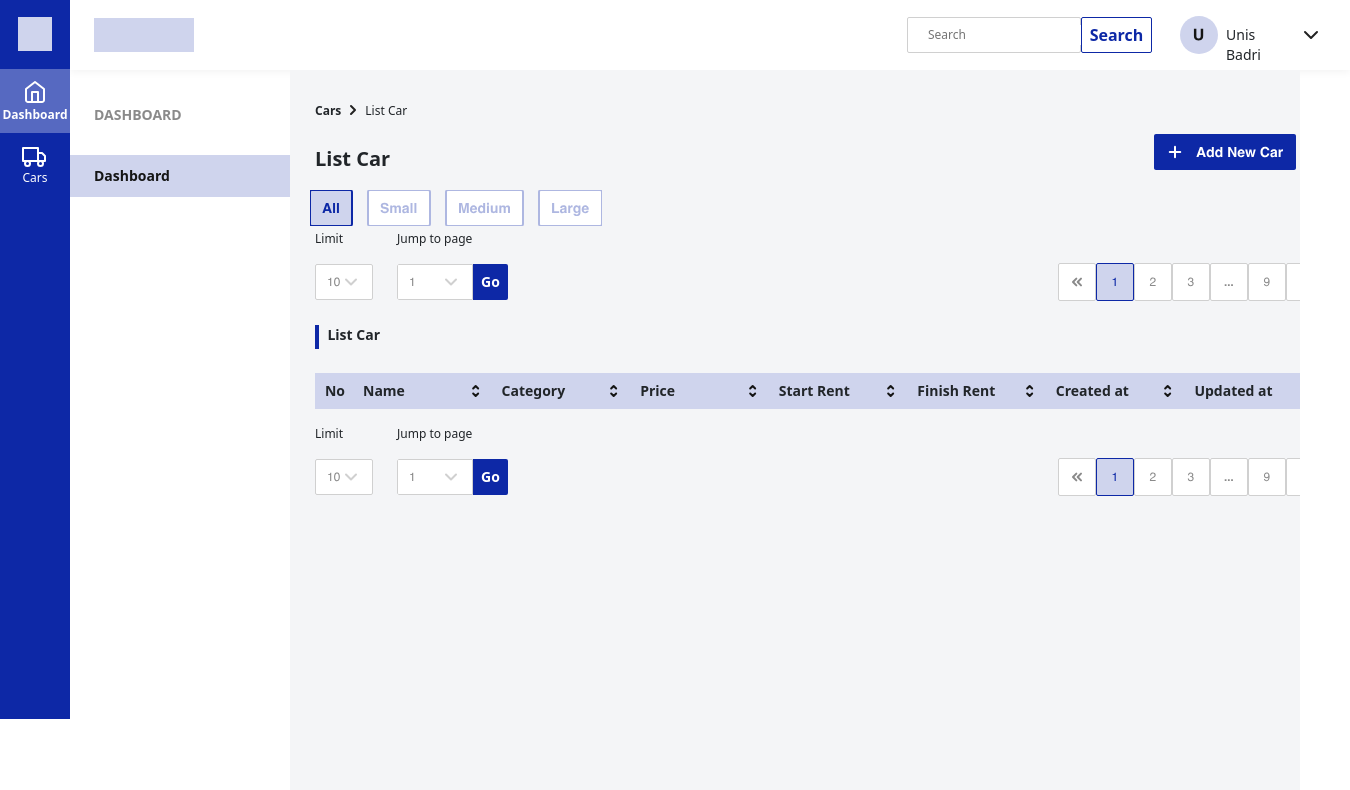
Repository: farrelmuhammad/challenge-7-binar
Page: /carlist/add
These files come from the project's save history. The page is drawn as it stood at one moment and after the next save; the edit follows.
The browser window is 1280 px wide. The page is 1350 px wide, so the pictures cover 1350 px, including what lies to the right of the window. The pictures show the whole page.
The project was rebuilt for these pictures with package versions that can differ from the ones it lists, and the page was loaded fresh each time. Also part of the build but not shown: src/component/navbar.js, src/component/header.js, src/component/footer.js, src/App.js, src/component/admin/Dashboard/index.jsx, src/pages/admin/Dashboard.js, src/component/admin/Cars/index.jsx, src/pages/admin/CarsList.js and 2 more.

Above is the page before, as saved 2022-05-27 20:55:27.

After the next save:
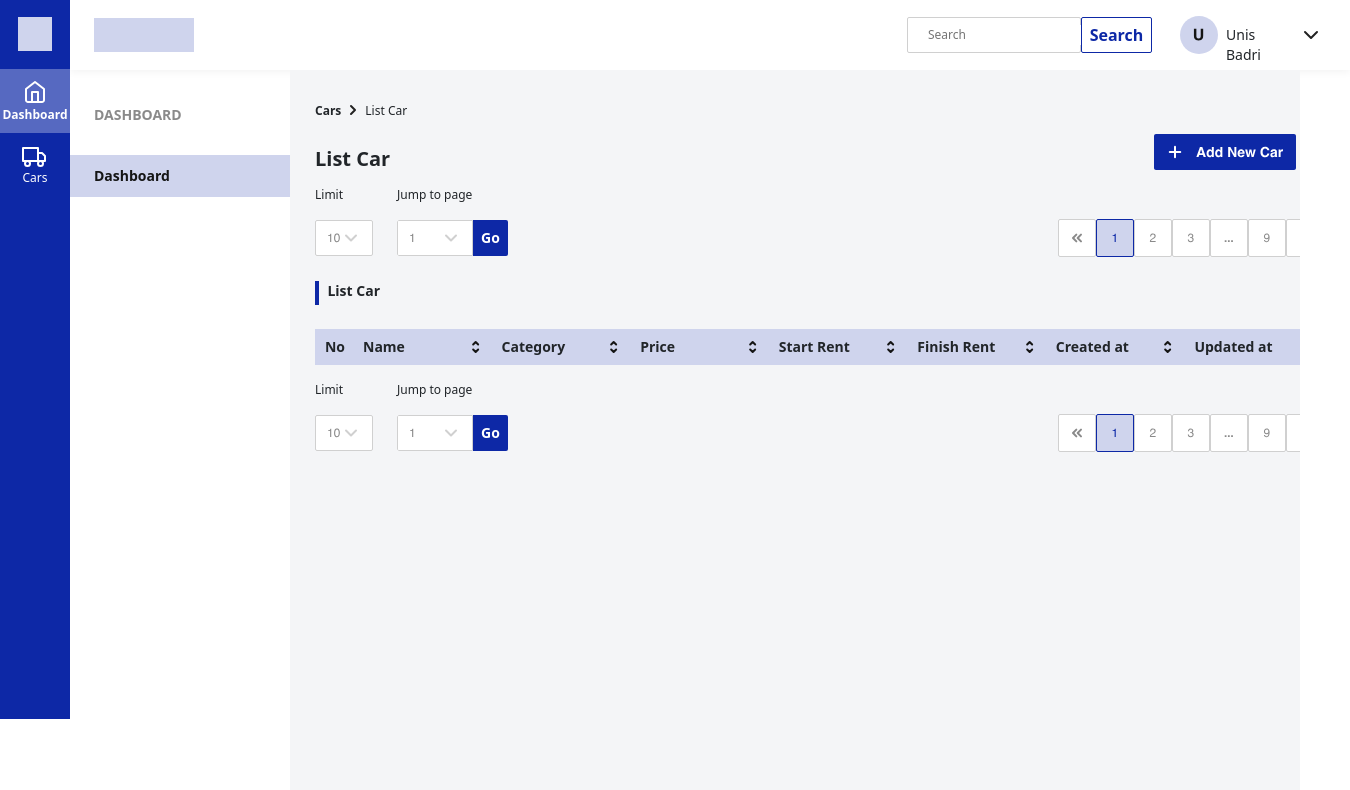
Saved 24 s later.
--- a/src/component/admin/Cars/add/index.jsx
+++ b/src/component/admin/Cars/add/index.jsx
@@ -20,9 +20,7 @@ export const AddCar = () => {
                         </Link>
                     </div>
                 </div>
-                <div className="breadcumb ms-3 p-1">
-                    <img src="../img/breadcumb carlist.svg" alt="" />
-                </div>
+
 
                 {/* order table */}
                 <div className="container-car">
